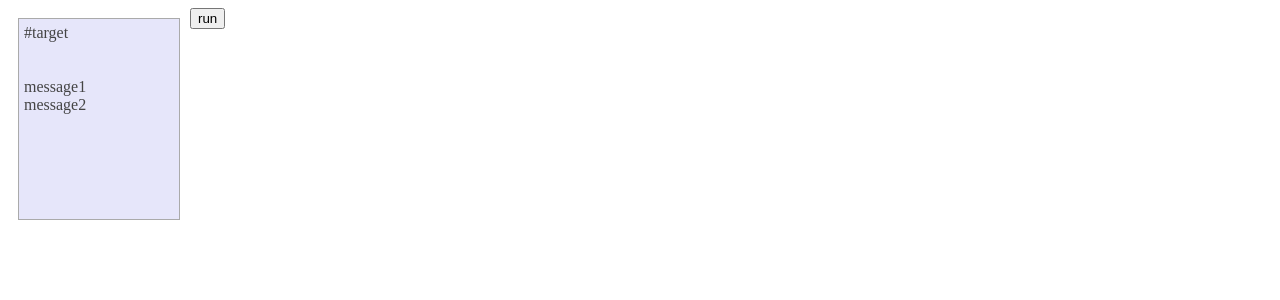
Repository: silenttemplar/java_start_project
Page: hansung_ee_2014/hansung_jquery_exercise/WebContent/11. Empty elements.html
The author's editor kept a copy of each file at every save. The page is drawn from the files as they stood at one save, then again after the next save.
The browser window is 1280 px wide. The pictures show the whole page.
After loading, the first visible `input` was clicked once.

Above is the page before, as saved 2014-08-27 08:18:04.

### hansung_ee_2014/hansung_jquery_exercise/WebContent/11. Empty elements.html
<html>
<head>
<title>Empty elements</title>
<script src="./jquery-2.1.0.min.js"></script>
<script type="text/javascript">
	/**
	 * 대상 : div
	 * 기능 : child 요소 전체 제거
	 * 함수 : empty() or children(), remove(), text()
	 */
	function run() {
			$("#target > .child").remove();

	}
</script>

</head>

<body>
	<div id="target"
		style="color: rgb(68, 68, 68); width: 150px; height: 190px; float: left; border: 1px solid rgb(170, 170, 170); background-color: rgb(230, 230, 250); margin: 10px; padding: 5px; background-position: initial initial; background-repeat: initial initial;">
		#target<br>
		<br>
		<div class="child"
			style="background-color: rgb(192, 192, 192); border: 1px solid rgb(136, 136, 136); width: 60px; margin: 2px; background-position: initial initial; background-repeat: initial initial;">.child</div>
		<div class="child"
			style="background-color: rgb(192, 192, 192); border: 1px solid rgb(136, 136, 136); width: 60px; margin: 2px; background-position: initial initial; background-repeat: initial initial;">.child</div>
		<div class="child"
			style="background-color: rgb(192, 192, 192); border: 1px solid rgb(136, 136, 136); width: 60px; margin: 2px; background-position: initial initial; background-repeat: initial initial;">.child</div>
		<div class="child"
			style="background-color: rgb(192, 192, 192); border: 1px solid rgb(136, 136, 136); width: 60px; margin: 2px; background-position: initial initial; background-repeat: initial initial;">.child</div>
		<div class="child"
			style="background-color: rgb(192, 192, 192); border: 1px solid rgb(136, 136, 136); width: 60px; margin: 2px; background-position: initial initial; background-repeat: initial initial;">.child</div>
		<br>message1<br>message2
	</div>
	<input type="button" value="run" onclick="run()" />
</body>
</html>

Loaded but not shown: hansung_ee_2014/hansung_jquery_exercise/WebContent/jquery-2.1.0.min.js (library)

After the next save:
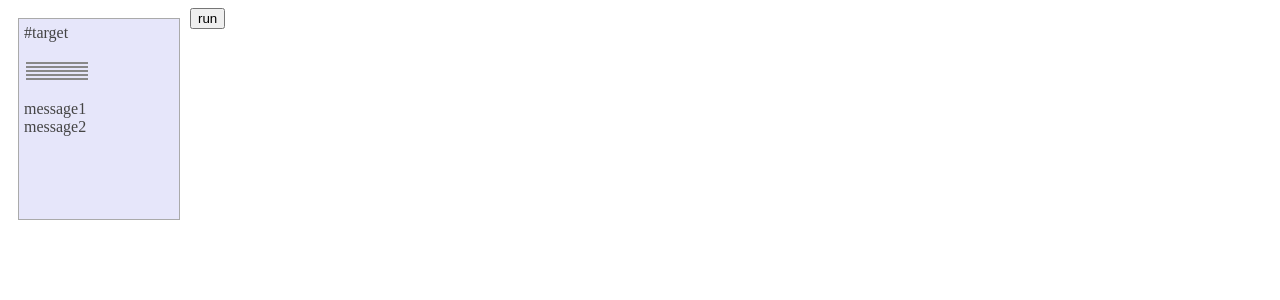
Saved 4 min 4 s later.
--- a/hansung_ee_2014/hansung_jquery_exercise/WebContent/11. Empty elements.html
+++ b/hansung_ee_2014/hansung_jquery_exercise/WebContent/11. Empty elements.html
@@ -9,8 +9,8 @@
 	 * 함수 : empty() or children(), remove(), text()
 	 */
 	function run() {
-			$("#target > .child").remove();
-
+			//$("#target > .child").remove();
+			$("#target > .child").empty();
 	}
 </script>
 
